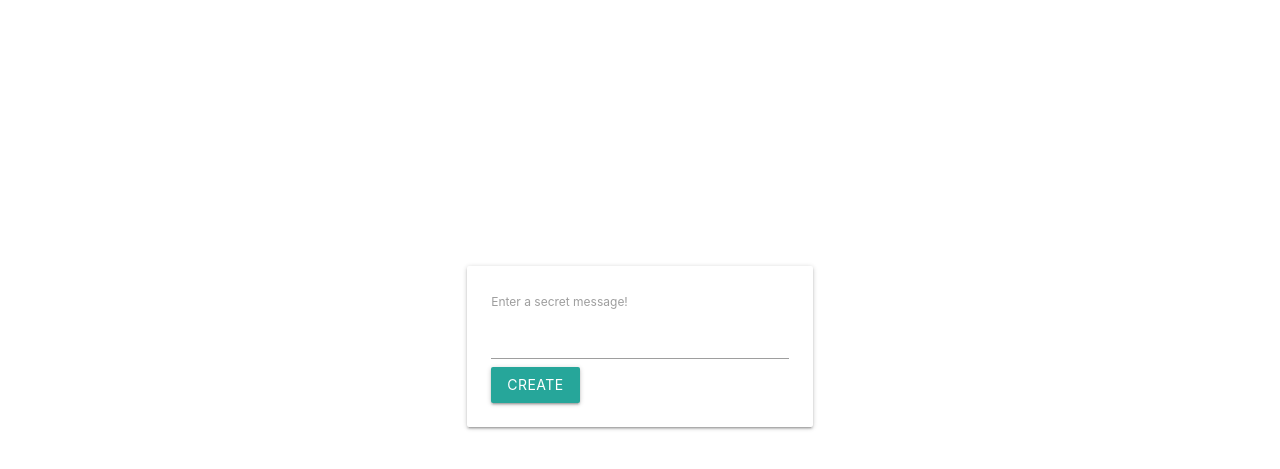
Repository: Sbethm/secret-message-sharing-app
Page: index.html
These files come from the project's save history. The page is drawn as it stood at one moment and after the next save; the edit follows.
The browser window is 1280 px wide. The pictures show the whole page.

Above is the page before, as saved 2021-10-13 15:43:29.

### index.html
<!DOCTYPE html>
<html lang="en">
<head>
    <meta charset="UTF-8">
    <meta http-equiv="X-UA-Compatible" content="IE=edge">
    <meta name="viewport" content="width=device-width, initial-scale=1.0">
    <link rel="stylesheet" href="https://cdnjs.cloudflare.com/ajax/libs/materialize/1.0.0/css/materialize.min.css">
    <title>Secret Message Sharing App with Friends!</title>
    <link rel="stylesheet" href="style.css">
</head>
<body>
    <div class="container">
        <div class="row">
            <div class="col s8 offset-s2">
                <div class="message-show hide">
                    <h1></h1>
                    <a href="./index.html">Create your own secret message</a>
                </div>
                <div class="card-panel card1">
                    <form>
                        <label>Enter a secret message!</label>
                        <input class='message-input'/>
                        <button class="btn">Create</button>
                    </form>
                </div>
                <div class="card-panel card2 hide">
                    Share this link with a friend
                    <input id="link-input" type="text" />
                </div>
            </div>
        </div>
    </div>
    <script src="apps.js"></script>
</body>
</html>

### style.css
.container {
    display: flex;
    width: 100vw;
    height: 100vh;
    align-items: center;
    justify-content: center;
}

### apps.js
const { hash } = window.location;

const message = atob(hash.replace('#', ''));

if(message) {

    document.querySelector('.message-show').classList.remove('hide');
    input.classList.add('hide');

    document.querySelector('h1').innerHTML = message;
}

document.querySelector('form').addEventListener('submit', event => {
    event.preventDefault();

    const input = document.querySelector('.message-input');
    const encrypted = btoa(input.value);

    const link = document.querySelector('#link-input');
    link.value = `${window.location}#${encrypted}`;


    const card1 = document.querySelector('.card1');
    const card2 = document.querySelector('.card2');
    card1.classList.toggle('hide');
    card2.classList.toggle('hide');

    link.select();
})

After the next save:
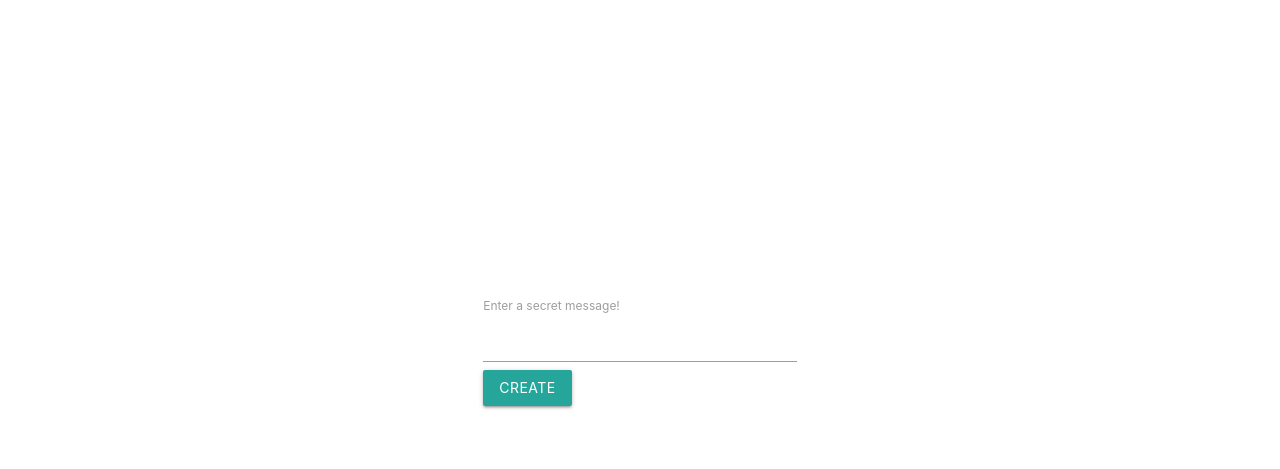
Saved 8 s later.
--- a/index.html
+++ b/index.html
@@ -16,7 +16,7 @@
                     <h1></h1>
                     <a href="./index.html">Create your own secret message</a>
                 </div>
-                <div class="card-panel card1">
+                <div idclass="card-panel card1">
                     <form>
                         <label>Enter a secret message!</label>
                         <input class='message-input'/>

After the save that followed:
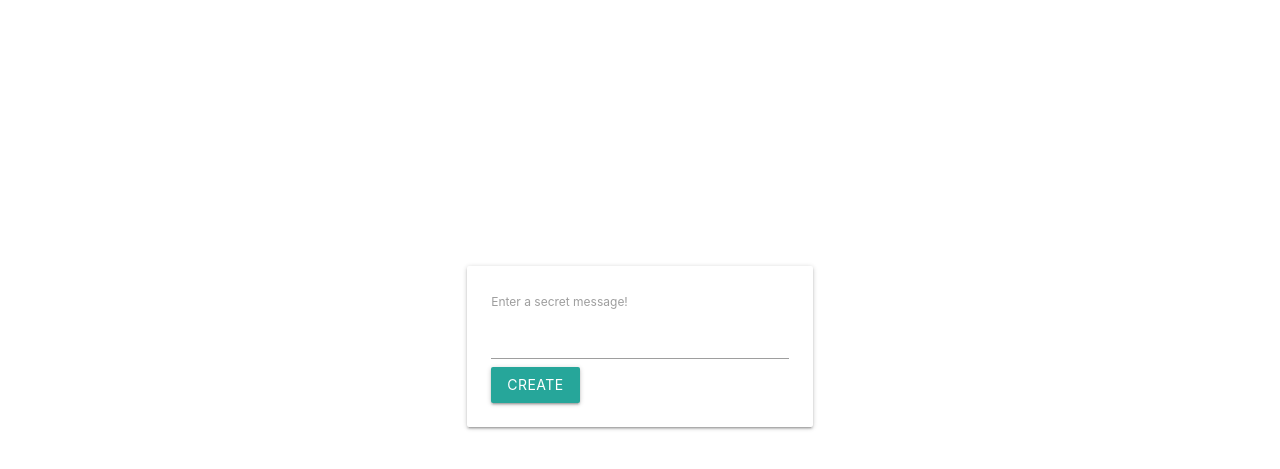
Saved 6 s later.
--- a/index.html
+++ b/index.html
@@ -16,7 +16,7 @@
                     <h1></h1>
                     <a href="./index.html">Create your own secret message</a>
                 </div>
-                <div idclass="card-panel card1">
+                <div id=""class="card-panel card1">
                     <form>
                         <label>Enter a secret message!</label>
                         <input class='message-input'/>
